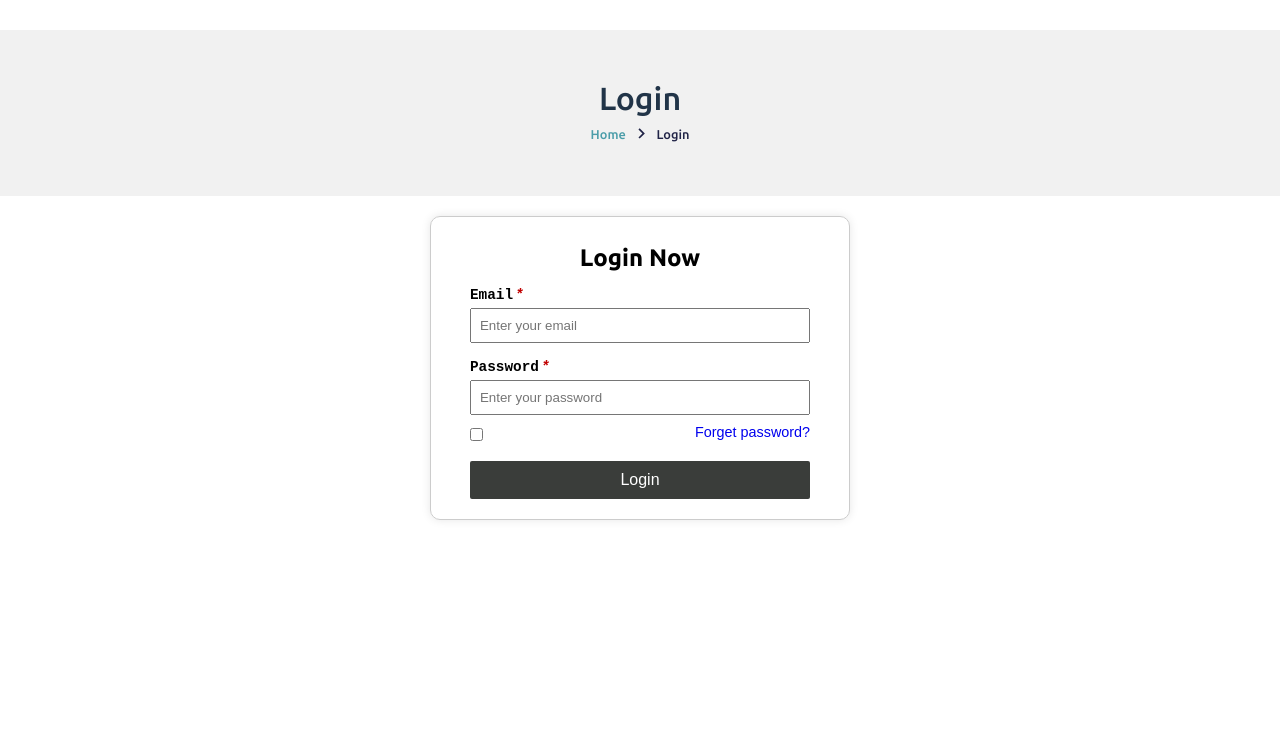
Repository: jkvekariya/Online-store-Management
Page: /auth/login (app in frontend/client/)
An editor plug-in stored every save of this project. The page is shown before and after the next save, followed by the edit.
The browser window is 1280 px wide. The pictures show the whole page.
Some web fonts or font styles are not loaded; a fallback is used. The project was rebuilt for these pictures with package versions that can differ from the ones it lists, and the page was loaded fresh each time. Also part of the build but not shown: frontend/client/vite.config.js, frontend/client/src/css/header.css, frontend/client/src/css/sidebar.css, frontend/client/src/components/Sidebar.jsx, frontend/client/src/context/CartContext.jsx, frontend/client/src/components/Header.jsx, frontend/client/src/css/footer.css, frontend/client/src/components/Footer.jsx and 11 more.

Above is the page before, as saved 2026-01-02 14:47:12.

After the next save:
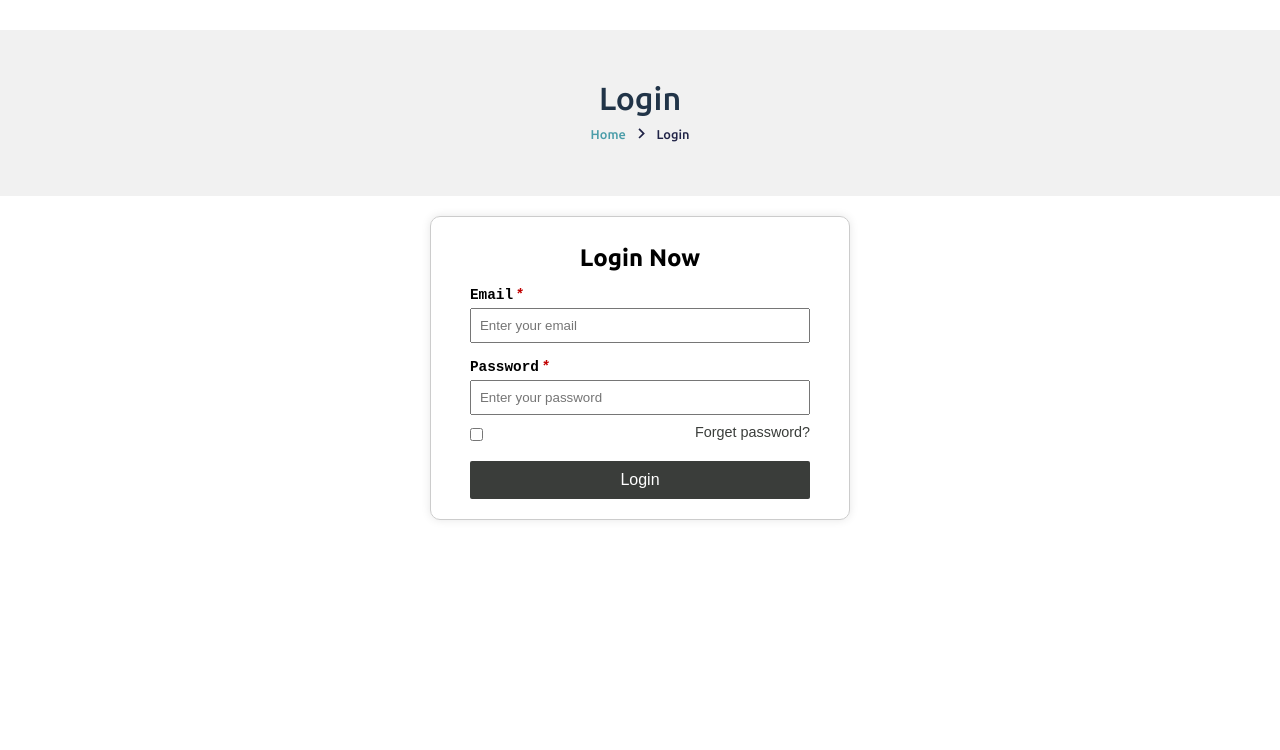
Saved 7 s later.
--- a/frontend/client/src/css/login.css
+++ b/frontend/client/src/css/login.css
@@ -64,6 +64,7 @@ input{
 .main-container .verify-forgetpassword a{
     font-size: 0.9rem;
     text-decoration: none;
+    color: #3a3d3a;
 }
 
 .btn{
